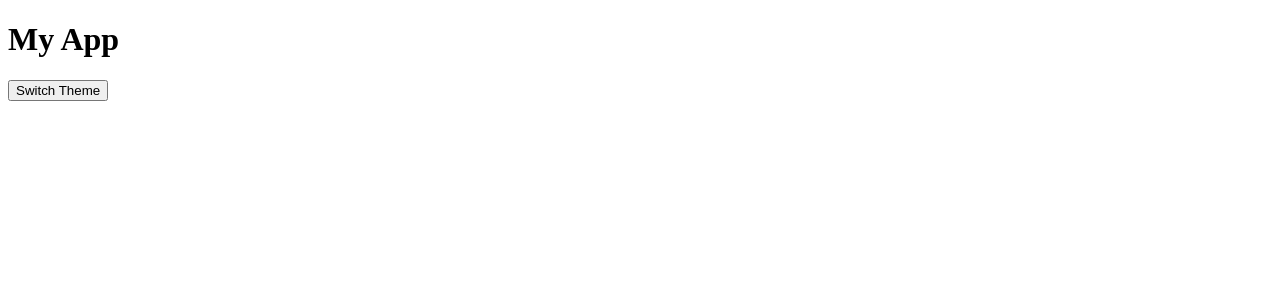
Repository: halilgoksu/js-react-theme
Page: /
The author's editor kept a copy of each file at every save. The page is drawn from the files as they stood at one save, then again after a run of saves.
The browser window is 1280 px wide. The pictures show the whole page.
The project was rebuilt for these pictures with package versions that can differ from the ones it lists, and the page was loaded fresh each time. Also part of the build but not shown: src/index.css, src/App.css. Imported but missing from the stored project, and not drawn on this page: src/reportWebVitals.

Above is the page before, as saved 2023-01-18 21:52:45.

### src/App.js
import './App.css';
import { useState } from 'react';
import { ThemeContext } from './ThemeContext';
import MyComponent from './MyComponent';
import { themes } from './themes';


function App() {
  const [currentTheme, setCurrentTheme] = useState(themes.light);
  const switchTheme = () => {
      setCurrentTheme(currentTheme === themes.light ? themes.dark : themes.light);
  }
  return (
    <div className="App">
       <ThemeContext.Provider value={{currentTheme, switchTheme}}>
      <div>
        <h1>My App</h1>
        <MyComponent />
      </div>
    </ThemeContext.Provider>
    </div>
  );
}

export default App;

### src/ThemeContext.js
import React from "react";
import { useState } from "react";


export const ThemeContext = React.createContext();

### src/MyComponent.js
import { useContext } from 'react';
import { ThemeContext } from './ThemeContext';

function MyComponent() {
  const {currentTheme, switchTheme} = useContext(ThemeContext);

  return (
    <div>
        <button onClick={switchTheme}>Switch Theme</button>
        <div style={{ backgroundColor: currentTheme.primaryColor }}>
        </div>
    </div>
  );
}
export default MyComponent;

### src/themes.js
export const themes = {
    light: {
      primaryColor: 'white',
      secondaryColor: 'black',
      fontFamily: 'Arial'
    },
    dark: {
      primaryColor: 'black',
      secondaryColor: 'white',
      fontFamily: 'Arial'
    }
  };

Loaded but not shown: public/index.html (common file); src/index.js (common file)

After the next 2 saves:
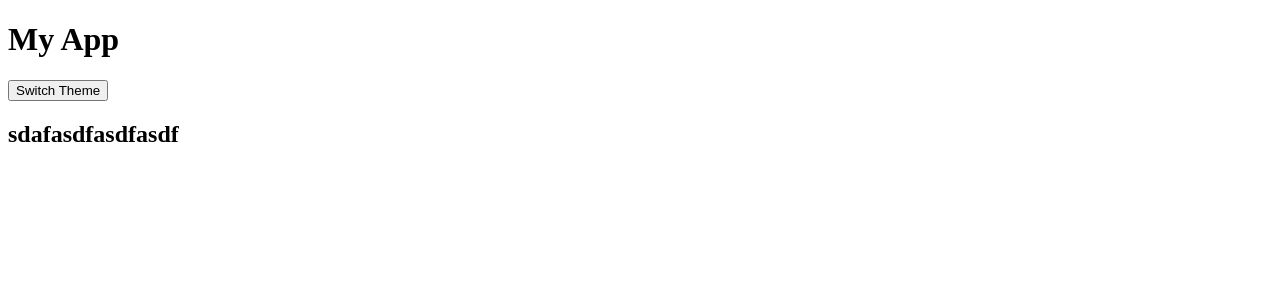
The 2 saves are shown as one change because 1 did not build or start.
The last was saved 9 s later.
--- a/src/MyComponent.js
+++ b/src/MyComponent.js
@@ -8,6 +8,7 @@ function MyComponent() {
     <div>
         <button onClick={switchTheme}>Switch Theme</button>
         <div style={{ backgroundColor: currentTheme.primaryColor }}>
+            <h2>sdafasdfasdfasdf</h2>
         </div>
     </div>
   );
